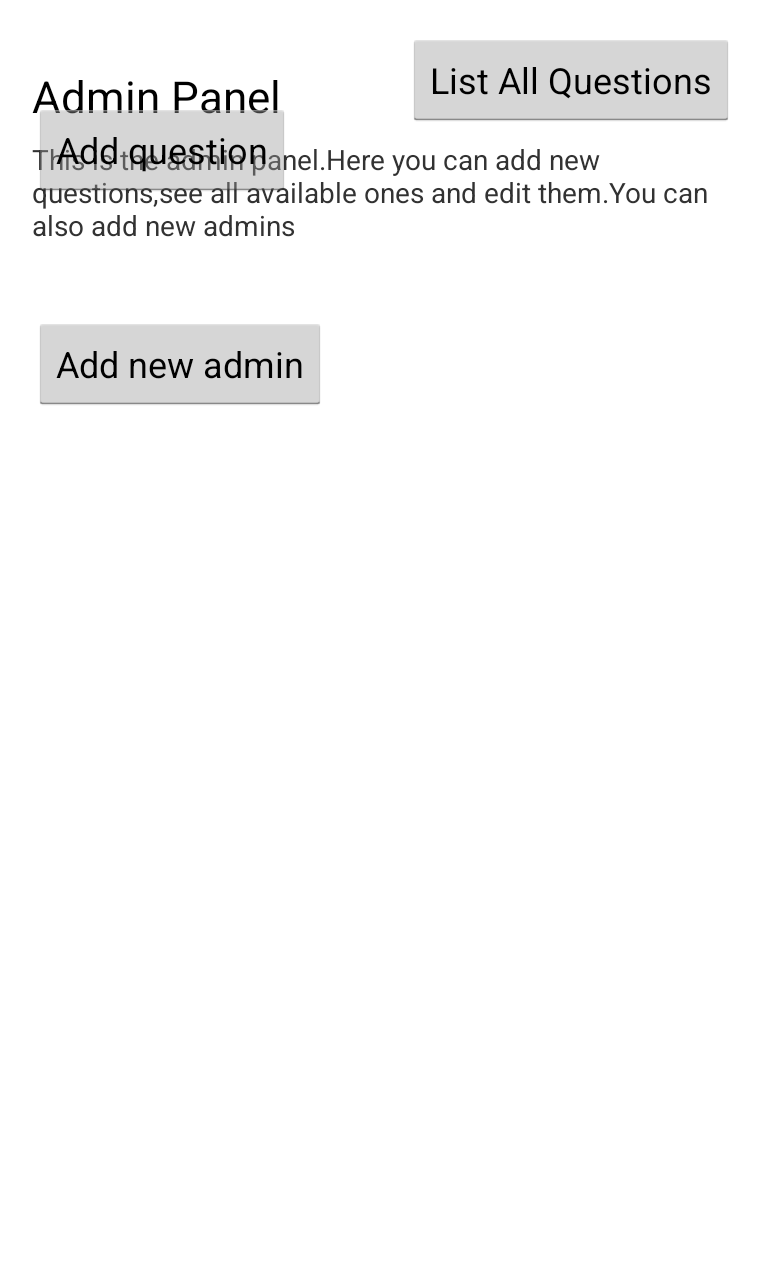
Repository: Sharkeysps/AndroidProjects
Layout: AndroidQuiz/Quiz/res/layout/activity_admin_panel.xml
These files come from the project's save history. The layout is drawn as it stood at one moment and after the next save; the edit follows.
It is drawn on a 768 x 1280 px phone screen (xhdpi) without system bars, with theme AppTheme; the app's code is not run.

Above is the layout before, as saved 2014-02-01 06:13:37.

### AndroidQuiz/Quiz/res/layout/activity_admin_panel.xml
<RelativeLayout xmlns:android="http://schemas.android.com/apk/res/android"
    xmlns:tools="http://schemas.android.com/tools"
    android:layout_width="match_parent"
    android:layout_height="match_parent"
    android:paddingBottom="@dimen/activity_vertical_margin"
    android:paddingLeft="@dimen/activity_horizontal_margin"
    android:paddingRight="@dimen/activity_horizontal_margin"
    android:paddingTop="@dimen/activity_vertical_margin"
    tools:context=".AdminPanel" >

    <TextView
        android:id="@+id/textView2"
        android:layout_width="wrap_content"
        android:layout_height="wrap_content"
        android:layout_alignParentTop="true"
        android:layout_centerHorizontal="true"
        android:layout_marginTop="54dp"
        android:text="@string/adminPanelText" />

    <TextView
        android:id="@+id/textView1"
        android:layout_width="wrap_content"
        android:layout_height="wrap_content"
        android:layout_alignLeft="@+id/textView2"
        android:layout_alignParentTop="true"
        android:layout_marginTop="17dp"
        android:text="Admin Panel"
        android:textAppearance="?android:attr/textAppearanceLarge" />

    <Button
        android:id="@+id/addAdmin"
        android:layout_width="wrap_content"
        android:layout_height="wrap_content"
        android:layout_alignLeft="@+id/textView2"
        android:layout_below="@+id/textView2"
        android:layout_marginTop="36dp"
        android:text="Add new admin" />

    <Button
        android:id="@+id/listQuestions"
        android:layout_width="wrap_content"
        android:layout_height="wrap_content"
        android:layout_alignBaseline="@+id/button1"
        android:layout_alignBottom="@+id/button1"
        android:layout_alignRight="@+id/textView2"
        android:text="List All Questions" />

    <Button
        android:id="@+id/addQuestion"
        android:layout_width="wrap_content"
        android:layout_height="wrap_content"
        android:layout_alignLeft="@+id/button1"
        android:layout_below="@+id/button1"
        android:layout_marginTop="35dp"
        android:text="Add question" />

</RelativeLayout>

### AndroidQuiz/Quiz/res/values/strings.xml
<?xml version="1.0" encoding="utf-8"?>
<resources>

    <string name="app_name">Quiz</string>
    <string name="action_settings">Settings</string>
    <string name="hello_world">Hello world!</string>
    <string name="title_activity_register_user">RegisterUserActivity</string>
    <string name="title_activity_all_questions_browser">AllQuestionsBrowser</string>
    <string name="title_activity_edit_question">EditQuestion</string>
    <string name="title_activity_admin_panel">AdminPanel</string>
    <string name="adminPanelText">This is the admin panel.Here you can add new questions,see all available ones and edit them.You can also add new admins</string>

</resources>

Loaded but not shown: AndroidQuiz/Quiz/res/values/styles.xml (common file); AndroidQuiz/Quiz/res/values-v11/styles.xml (common file); AndroidQuiz/Quiz/res/values-v14/styles.xml (common file); AndroidQuiz/Quiz/res/values/dimens.xml (common file)

After the next save:
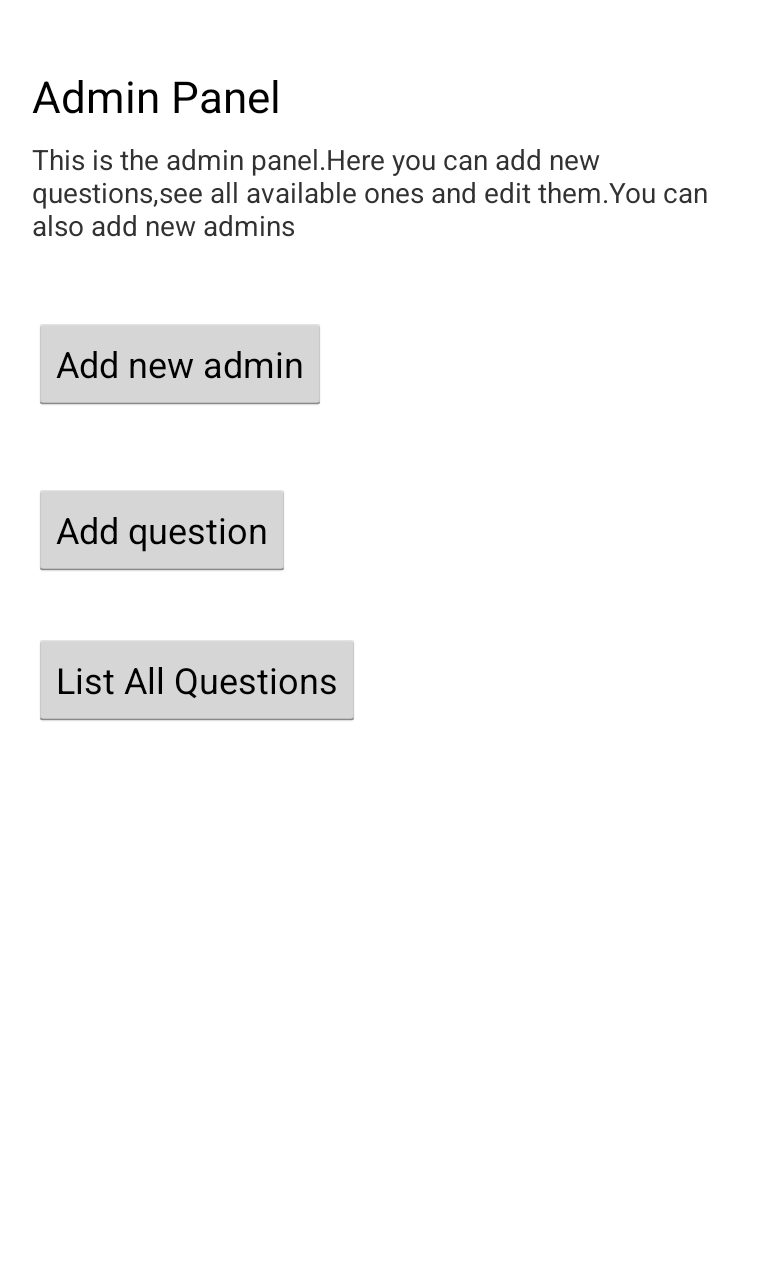
Saved 14 s later.
--- a/AndroidQuiz/Quiz/res/layout/activity_admin_panel.xml
+++ b/AndroidQuiz/Quiz/res/layout/activity_admin_panel.xml
@@ -37,21 +37,21 @@
         android:text="Add new admin" />
 
     <Button
+        android:id="@+id/addQuestion"
+        android:layout_width="wrap_content"
+        android:layout_height="wrap_content"
+        android:layout_alignLeft="@+id/addAdmin"
+        android:layout_below="@+id/addAdmin"
+        android:layout_marginTop="35dp"
+        android:text="Add question" />
+
+    <Button
         android:id="@+id/listQuestions"
         android:layout_width="wrap_content"
         android:layout_height="wrap_content"
-        android:layout_alignBaseline="@+id/button1"
-        android:layout_alignBottom="@+id/button1"
-        android:layout_alignRight="@+id/textView2"
+        android:layout_alignLeft="@+id/addQuestion"
+        android:layout_below="@+id/addQuestion"
+        android:layout_marginTop="27dp"
         android:text="List All Questions" />
 
-    <Button
-        android:id="@+id/addQuestion"
-        android:layout_width="wrap_content"
-        android:layout_height="wrap_content"
-        android:layout_alignLeft="@+id/button1"
-        android:layout_below="@+id/button1"
-        android:layout_marginTop="35dp"
-        android:text="Add question" />
-
 </RelativeLayout>
